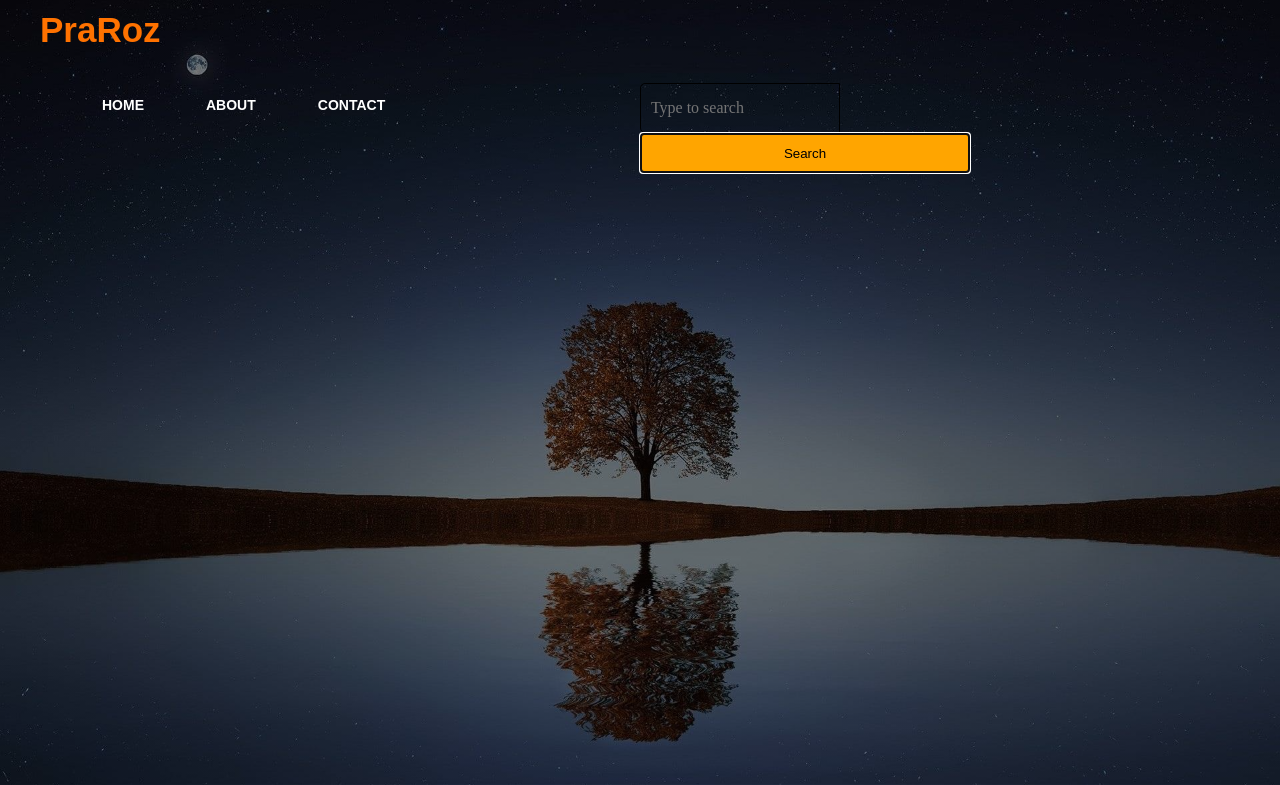
Repository: Cedrqmwesigwa/web-design-course
Page: index.html
The author's editor kept a copy of each file at every save. The page is drawn from the files as they stood at one save, then again after a run of saves.
The browser window is 1280 px wide. The pictures show the whole page.
The first visible `.btn` has the focus.

Above is the page before, as saved 2024-04-03 20:04:34.

After the next 4 saves:
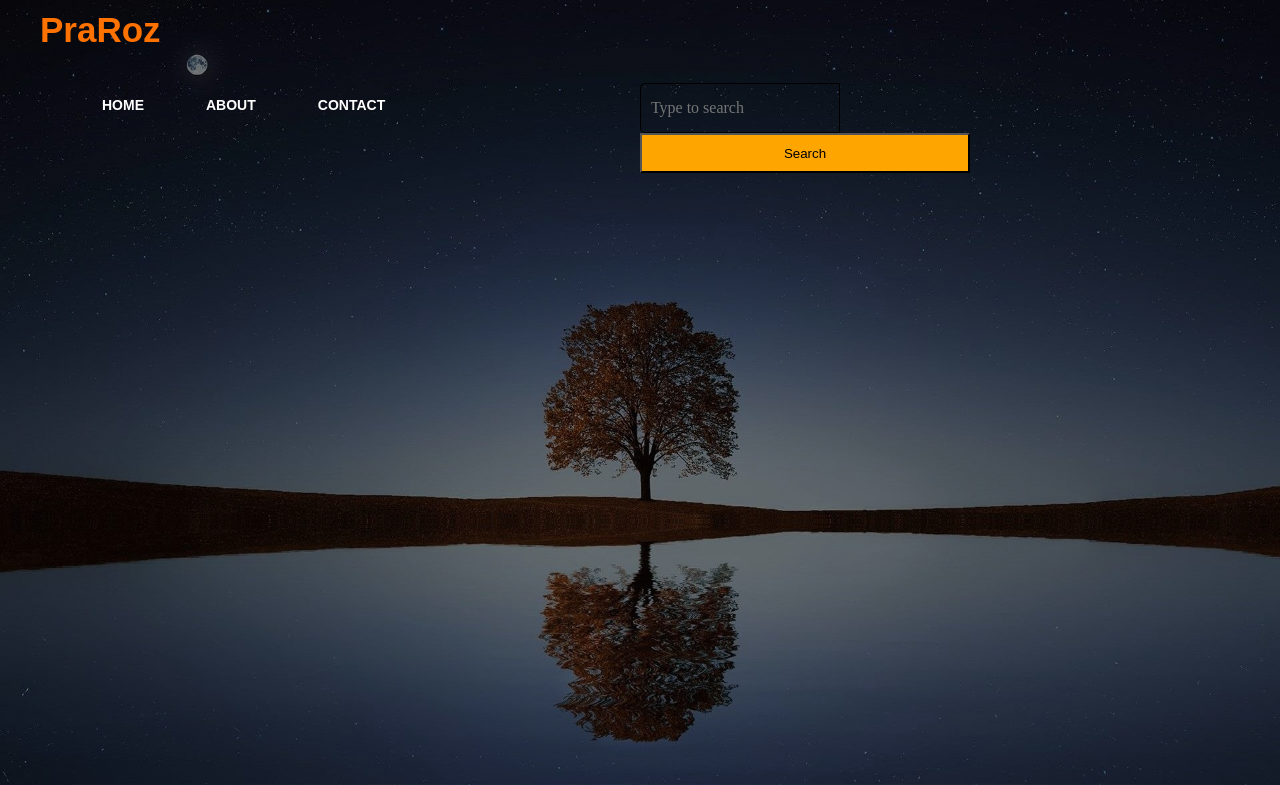
The 4 saves are shown as one change because they came seconds apart.
The last was saved 10 s later.
--- a/style.css
+++ b/style.css
@@ -92,5 +92,5 @@ ul li a:hover{
 }
 
 .btn:focus{
-
+    outline: none;
 }
